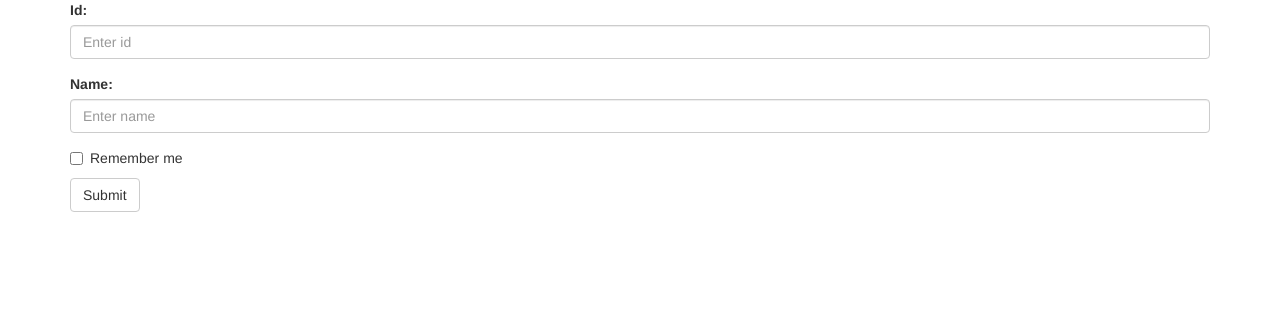
Repository: priyankateli27/priyanka
Page: SirAssignment/src/main/webapp/info.html
The author's editor kept a copy of each file at every save. The page is drawn from the files as they stood at one save, then again after the next save.
The browser window is 1280 px wide. The pictures show the whole page.

Above is the page before, as saved 2016-07-15 10:25:21.

After the next save:
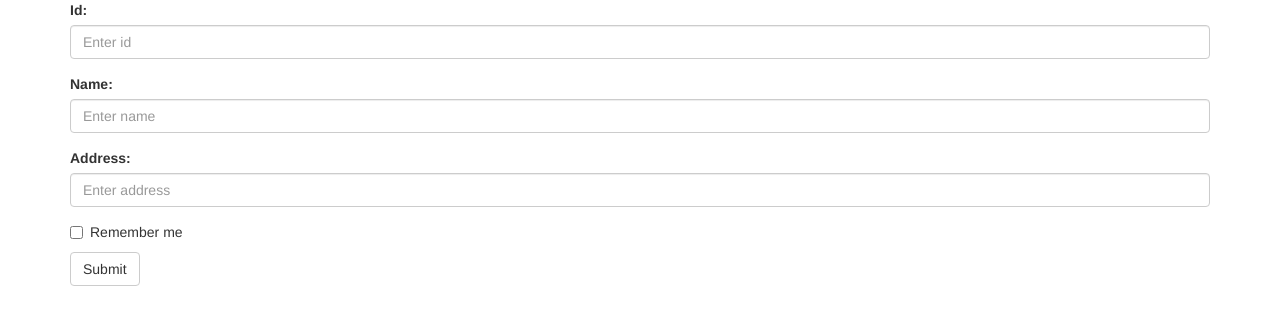
Saved 81 s later.
--- a/SirAssignment/src/main/webapp/info.html
+++ b/SirAssignment/src/main/webapp/info.html
@@ -20,6 +20,19 @@
       <label for="pwd">Name:</label>
       <input type="name" class="form-control" id="name" placeholder="Enter name">
     </div>
+    <div class="form-group">
+      <label for="pwd">Address:</label>
+      <input type="address" class="form-control" id="address" placeholder="Enter address">
+    </div>
+
+
+
+
+
+
+
+
+
     <div class="checkbox">
       <label><input type="checkbox"> Remember me</label>
     </div>
